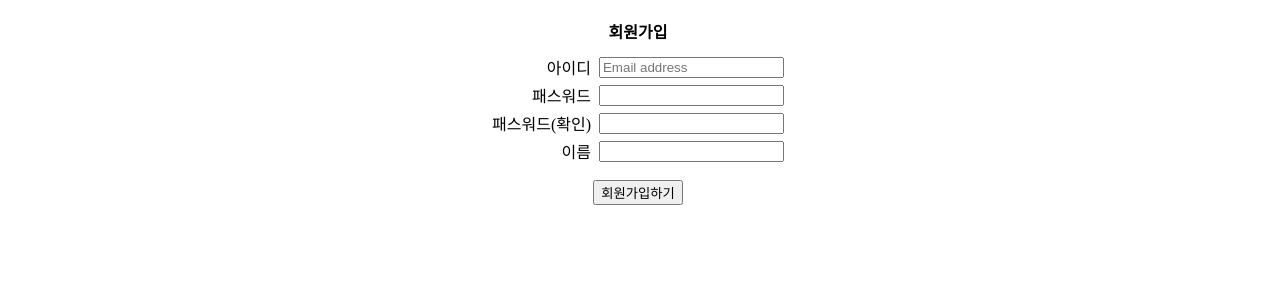
Repository: duke1327/jsp_2-1
Page: http://localhost/Hello2/signupForm.jsp
The author's editor kept a copy of each file at every save. The page is drawn from the files as they stood at one save, then again after the next save.
The browser window is 1280 px wide. The pictures show the whole page.
The page is served by Tomcat 9.

Above is the page before, as saved 2023-11-22 07:34:34.
Console error: SyntaxError: Unexpected identifier 'id_check'

After the next save:
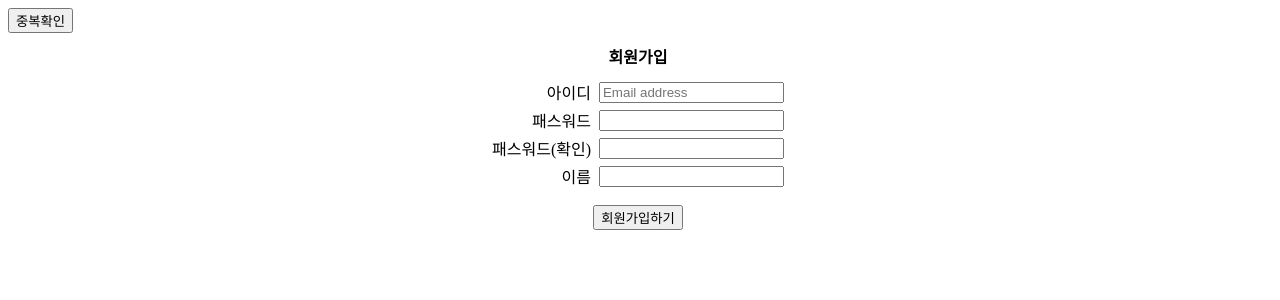
Saved 3 min 22 s later.
--- a/Hello2/src/main/webapp/signupForm.jsp
+++ b/Hello2/src/main/webapp/signupForm.jsp
@@ -24,7 +24,7 @@
     <td align=right>아이디&nbsp;</td>
     <td><input type="text" name="id" placeholder="Email address" required></td>
 </tr>
-
+<input type="button" value="중복확인" onclick="id_check(id)"/>
 <tr>
     <td align=right>패스워드&nbsp;</td>
     <td><input type="password" name="ps" required></td>
